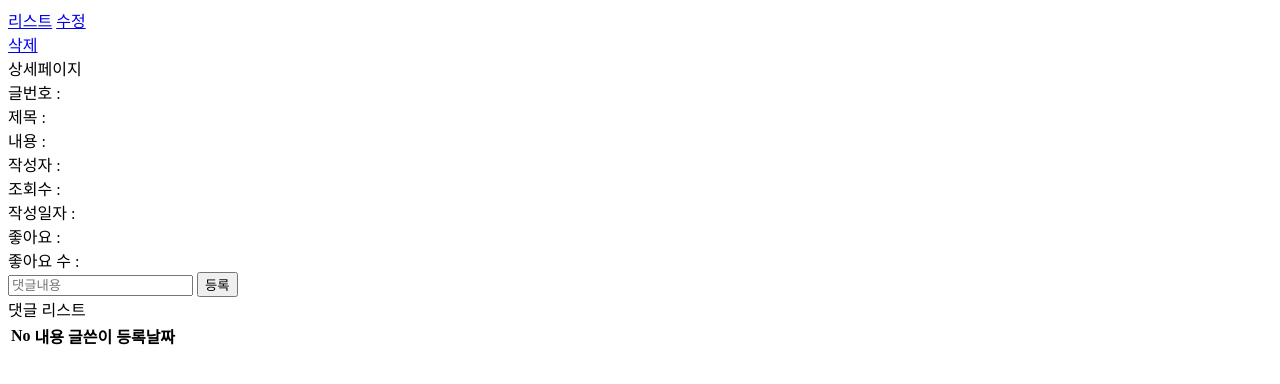
Repository: kayoyo/jsp
Page: http://localhost/BoardWeb_4/WEB-INF/jsp/board/detail.jsp
The author's editor kept a copy of each file at every save. The page is drawn from the files as they stood at one save, then again after the next save.
The browser window is 1280 px wide. The pictures show the whole page.
The page is served by Tomcat 9. Nobody is signed in. The template is opened directly, without the code that normally fills it, so the values that code supplies are empty.

Above is the page before, as saved 2020-08-26 07:31:36.

After the next save:
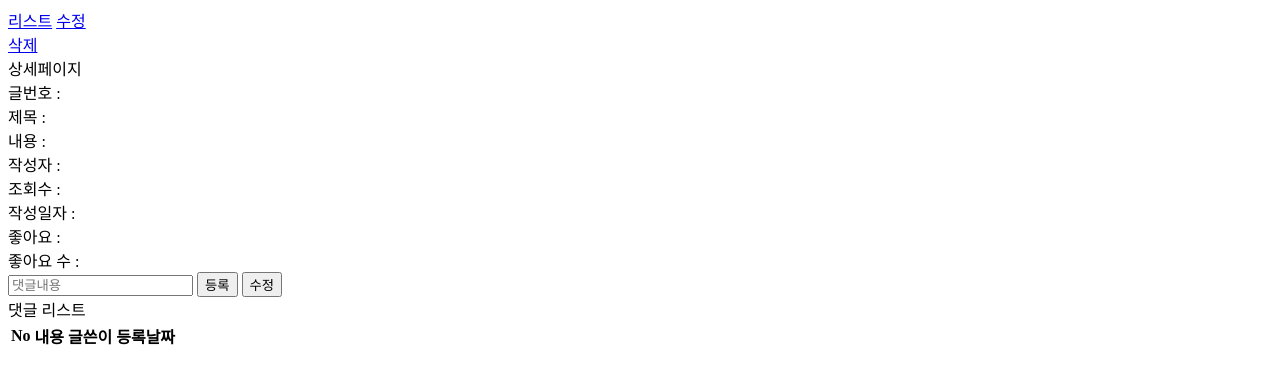
Saved 8 min 54 s later.
--- a/BoardWeb_4/WebContent/WEB-INF/jsp/board/detail.jsp
+++ b/BoardWeb_4/WebContent/WEB-INF/jsp/board/detail.jsp
@@ -46,6 +46,7 @@
 	<div>
 	<input type="text" name="cmt" placeholder="댓글내용">
 	<input type="submit" value="등록">
+	<input type="submit" value="수정">
 	</div>
 	</form>
 </div>

After the save that followed:
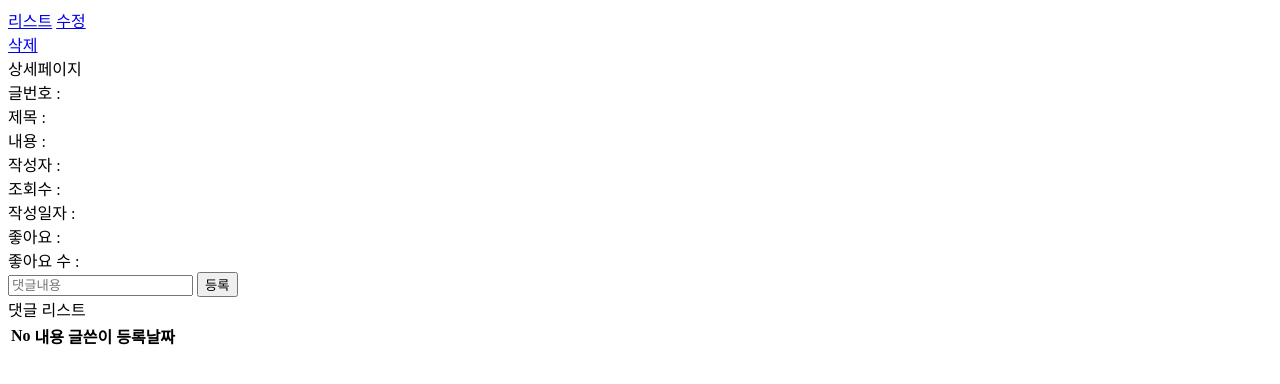
Saved 88 s later.
--- a/BoardWeb_4/WebContent/WEB-INF/jsp/board/detail.jsp
+++ b/BoardWeb_4/WebContent/WEB-INF/jsp/board/detail.jsp
@@ -46,7 +46,6 @@
 	<div>
 	<input type="text" name="cmt" placeholder="댓글내용">
 	<input type="submit" value="등록">
-	<input type="submit" value="수정">
 	</div>
 	</form>
 </div>
